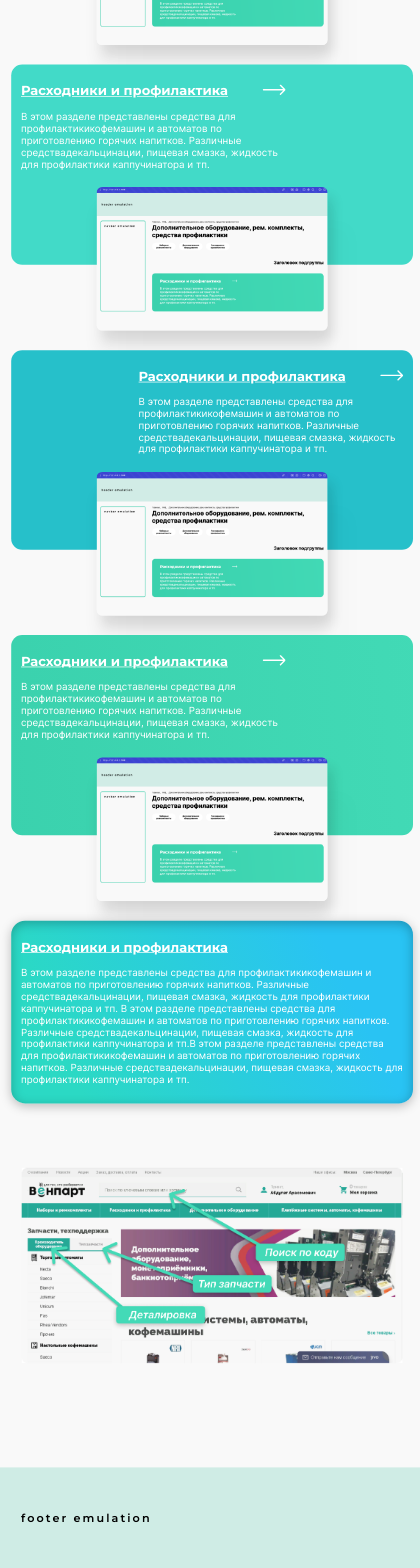
Repository: axonde/venpart-faq-pages
Page: index.html
These files come from the project's save history. The page is drawn as it stood at one moment and after the next save; the edit follows.
The browser window is 600 px wide. The pictures show the part of the page from y = 966 to 3206 px (the page is 3206 px tall), at 70% of full size.

Above is the page before, as saved 2024-02-28 20:35:25.
Not found: faq-photo-deco.svg;

After the next save:
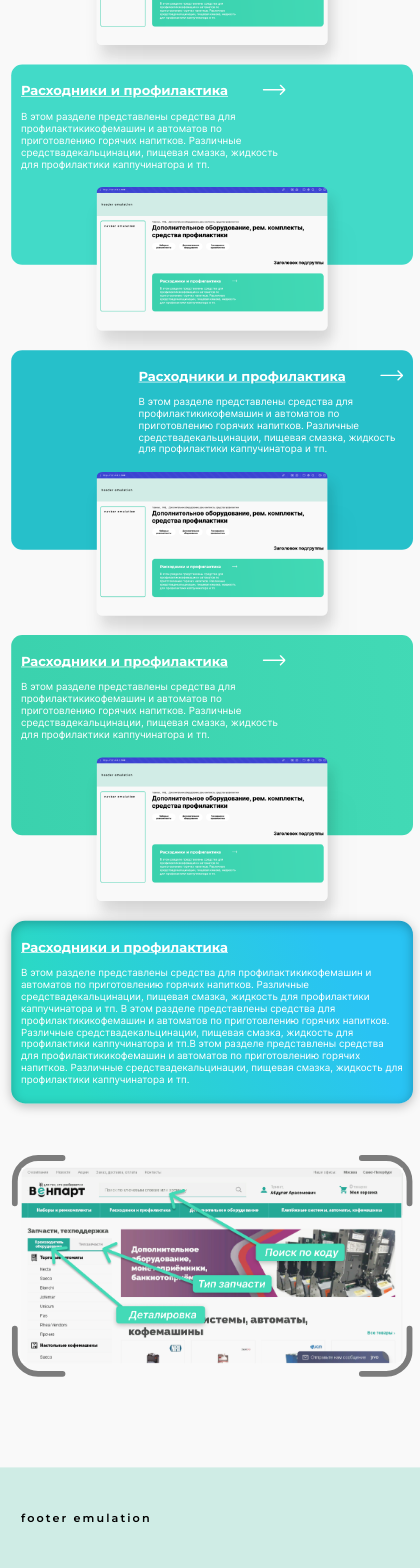
Saved 20 s later.
--- a/style.css
+++ b/style.css
@@ -706,7 +706,7 @@ scrollbar-width: none; /* Firefox */}
 	.faq__item.no-photo .faq__item--text-wrapper {margin-bottom: 0;}
 	.faq__item--image, .faq__item:nth-child(2n) .faq__item--image {top: calc(100% - 85px); left: calc(50% - 165px);}
 	.faq__item::after {display: none;}
-	.faq__image {padding: 20px 15px; background-image: url('faq-photo-deco.svg;'); background-size: contain; background-repeat: no-repeat; box-shadow: none;}
+	.faq__image {padding: 20px 15px; background-image: url('decorations/faq-photo-deco.svg'); background-size: contain; background-repeat: no-repeat; box-shadow: none;}
 }
 
 
